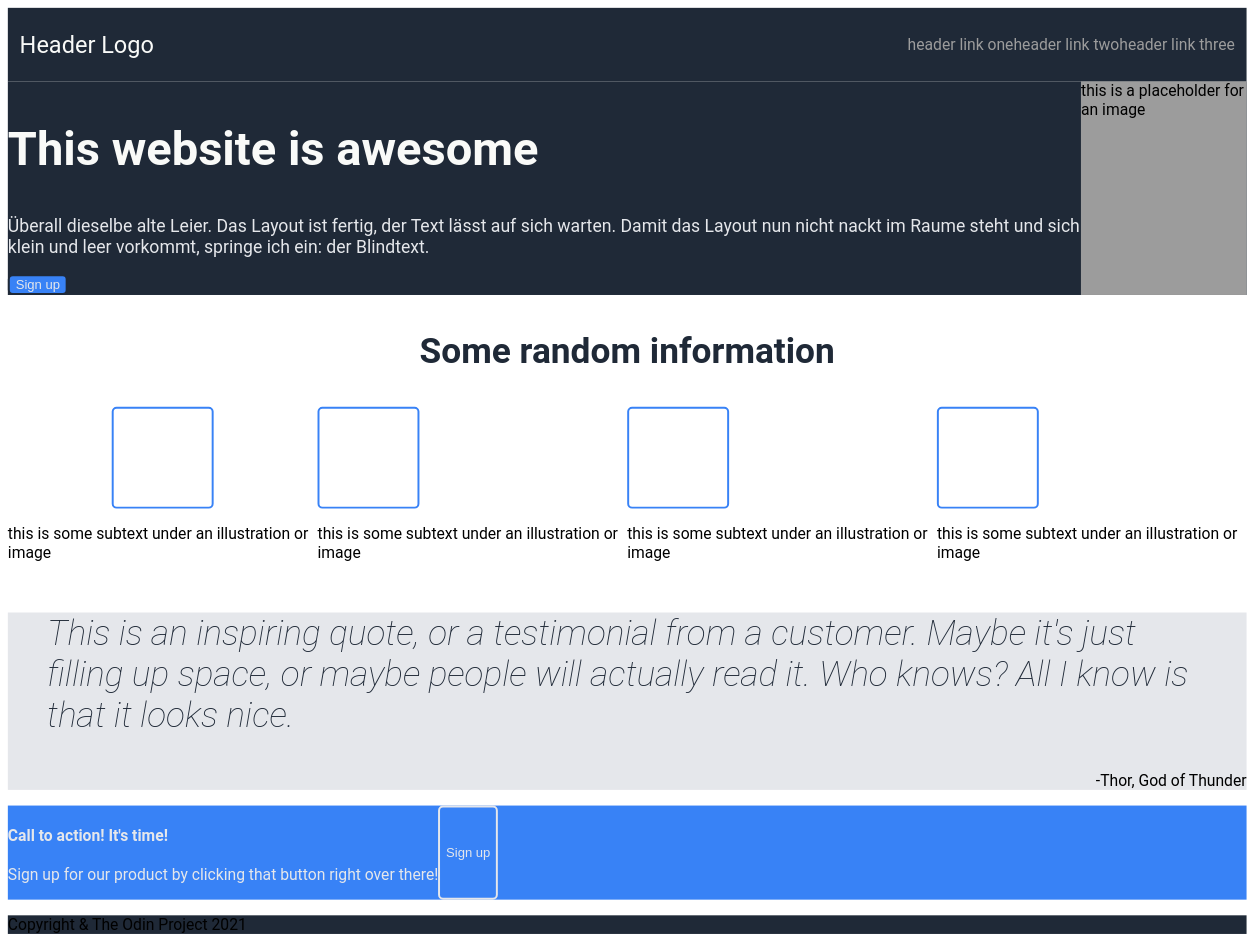
Repository: evemcd/odin_project
Page: odin-project2-landing-page/index.html
These files come from the project's save history. The page is drawn as it stood at one moment and after the next save; the edit follows.
The browser window is 1280 px wide. The pictures show the whole page, at 98% of full size.

Above is the page before, as saved 2022-02-08 10:47:43.

After the next save:
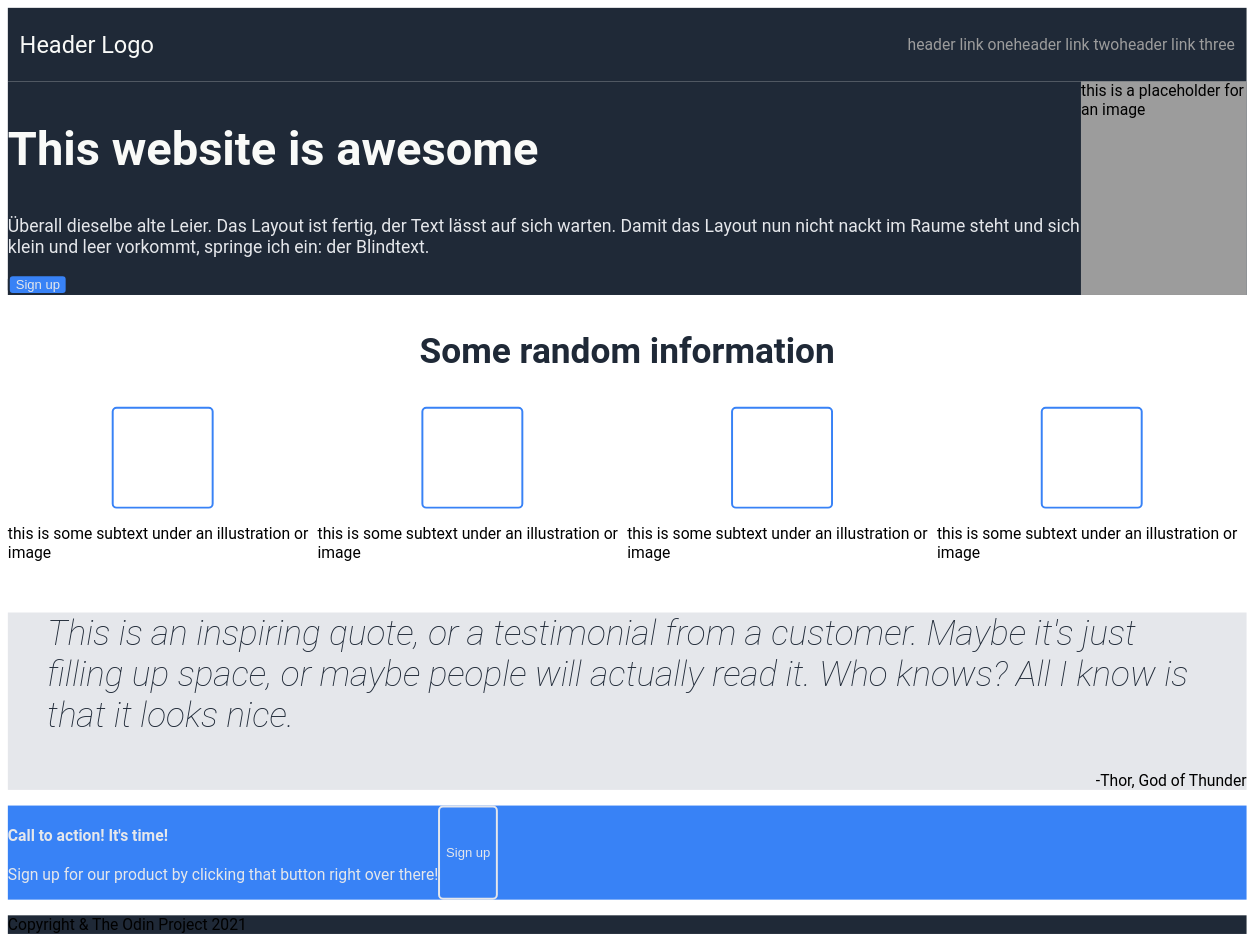
Saved 23 s later.
--- a/odin-project2-landing-page/index.html
+++ b/odin-project2-landing-page/index.html
@@ -34,15 +34,15 @@
                 <div class="box"></div>
                 <p>this is some subtext under an illustration or image</p>
             </div>
-            <div>
+            <div class="boxes">
                 <div class="box"></div>
                 <p>this is some subtext under an illustration or image</p>
             </div>
-            <div>
+            <div class="boxes">
                 <div class="box"></div>
                 <p>this is some subtext under an illustration or image</p>
             </div>
-            <div>
+            <div class="boxes">
                 <div class="box"></div>
                 <p>this is some subtext under an illustration or image</p>
             </div>
